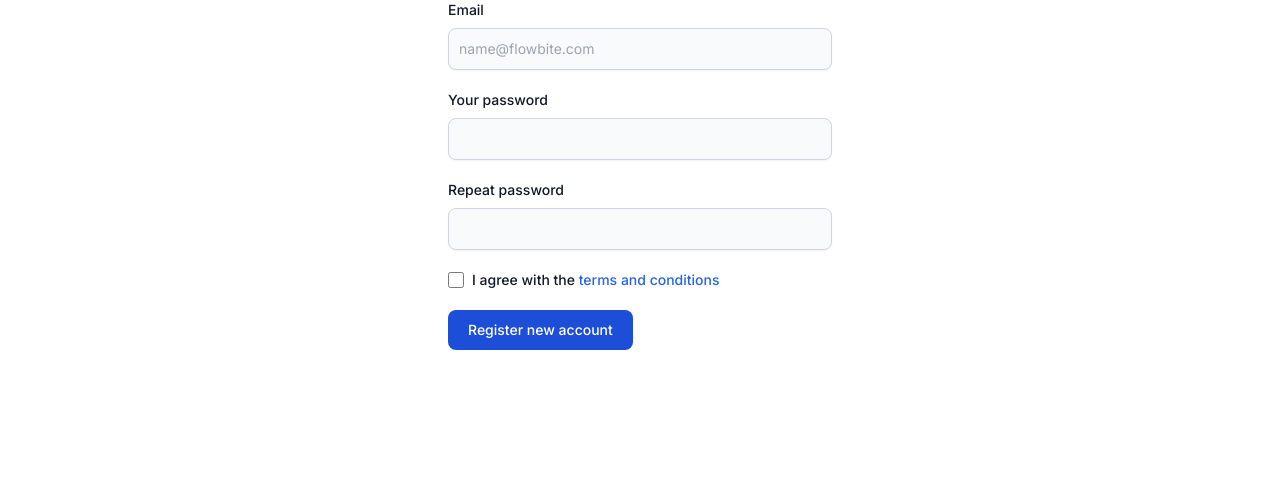
Repository: fatimash2123/next-todo
Page: /register
An editor plug-in stored every save of this project. The page is shown before and after the next save, followed by the edit.
The browser window is 1280 px wide. The pictures show the whole page.
The project was rebuilt for these pictures with package versions that can differ from the ones it lists, and the page was loaded fresh each time. The framework's server and built-in components were replaced by stand-ins that run in the browser. Also part of the build but not shown: next.config.mjs.

Above is the page before, as saved 2024-02-13 12:09:42.

### app/register/page.tsx
import Input from "../components/Input";
export default function Register() {
  return (
    <form className="max-w-sm mx-auto">
      <Input title={"Email"} />
      <div className="mb-5">
        <label
          htmlFor="password"
          className="block mb-2 text-sm font-medium text-gray-900 dark:text-white"
        >
          Your password
        </label>
        <input
          type="password"
          id="password"
          className="shadow-sm bg-gray-50 border border-gray-300 text-gray-900 text-sm rounded-lg focus:ring-blue-500 focus:border-blue-500 block w-full p-2.5 dark:bg-gray-700 dark:border-gray-600 dark:placeholder-gray-400 dark:text-white dark:focus:ring-blue-500 dark:focus:border-blue-500 dark:shadow-sm-light"
          required
        />
      </div>
      <div className="mb-5">
        <label
          htmlFor="repeat-password"
          className="block mb-2 text-sm font-medium text-gray-900 dark:text-white"
        >
          Repeat password
        </label>
        <input
          type="password"
          id="repeat-password"
          className="shadow-sm bg-gray-50 border border-gray-300 text-gray-900 text-sm rounded-lg focus:ring-blue-500 focus:border-blue-500 block w-full p-2.5 dark:bg-gray-700 dark:border-gray-600 dark:placeholder-gray-400 dark:text-white dark:focus:ring-blue-500 dark:focus:border-blue-500 dark:shadow-sm-light"
          required
        />
      </div>
      <div className="flex items-start mb-5">
        <div className="flex items-center h-5">
          <input
            id="terms"
            type="checkbox"
            value=""
            className="w-4 h-4 border border-gray-300 rounded bg-gray-50 focus:ring-3 focus:ring-blue-300 dark:bg-gray-700 dark:border-gray-600 dark:focus:ring-blue-600 dark:ring-offset-gray-800 dark:focus:ring-offset-gray-800"
            required
          />
        </div>
        <label
          htmlFor="terms"
          className="ms-2 text-sm font-medium text-gray-900 dark:text-gray-300"
        >
          I agree with the{" "}
          <a
            href="#"
            className="text-blue-600 hover:underline dark:text-blue-500"
          >
            terms and conditions
          </a>
        </label>
      </div>
      <button
        type="submit"
        className="text-white bg-blue-700 hover:bg-blue-800 focus:ring-4 focus:outline-none focus:ring-blue-300 font-medium rounded-lg text-sm px-5 py-2.5 text-center dark:bg-blue-600 dark:hover:bg-blue-700 dark:focus:ring-blue-800"
      >
        Register new account
      </button>
    </form>
  );
}

### app/components/Input.tsx
interface InputProps {
  title: string;
}
export default function ({ title }: InputProps) {
  return (
    <div className="mb-5">
      <label
        htmlFor="email"
        className="block mb-2 text-sm font-medium text-gray-900 dark:text-white"
      >
        {title}
      </label>
      <input
        type="email"
        id="email"
        className="shadow-sm bg-gray-50 border border-gray-300 text-gray-900 text-sm rounded-lg focus:ring-blue-500 focus:border-blue-500 block w-full p-2.5 dark:bg-gray-700 dark:border-gray-600 dark:placeholder-gray-400 dark:text-white dark:focus:ring-blue-500 dark:focus:border-blue-500 dark:shadow-sm-light"
        placeholder="name@flowbite.com"
        required
      />
    </div>
  );
}

### tailwind.config.js
/** @type {import('tailwindcss').Config} */
module.exports = {
  content: [
    "./app/**/*.{js,ts,jsx,tsx,mdx}",
    "./components/**/*.{js,ts,jsx,tsx,mdx}",
  ],
  theme: {
    extend: {},
  },
  plugins: [],
}

Loaded but not shown: app/layout.tsx (common file); app/globals.css (common file)

After the next save:
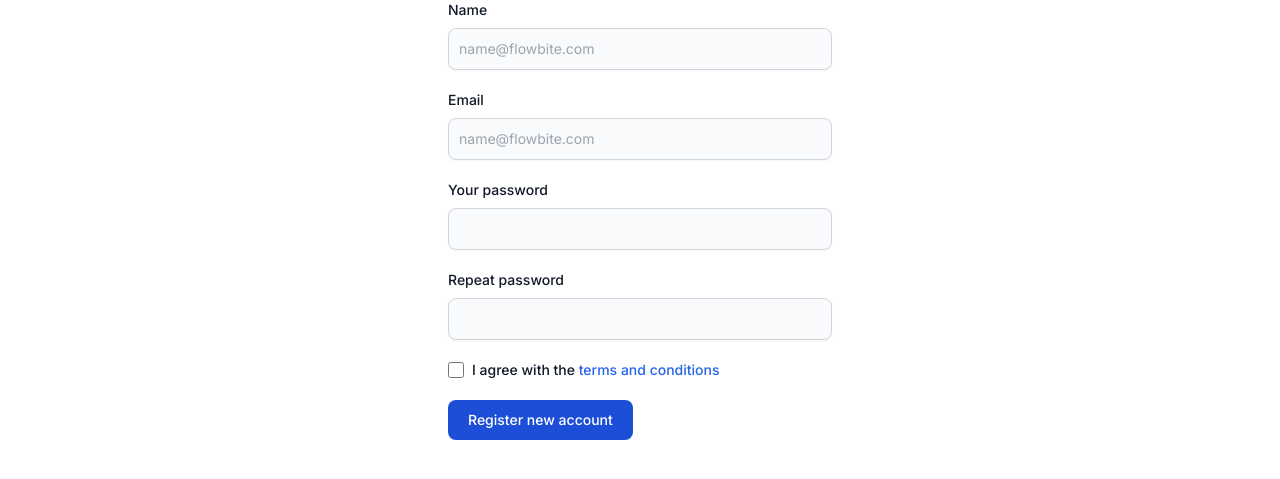
Saved 15 s later.
--- a/app/register/page.tsx
+++ b/app/register/page.tsx
@@ -2,6 +2,7 @@ import Input from "../components/Input";
 export default function Register() {
   return (
     <form className="max-w-sm mx-auto">
+      <Input title={"Name"} />
       <Input title={"Email"} />
       <div className="mb-5">
         <label
